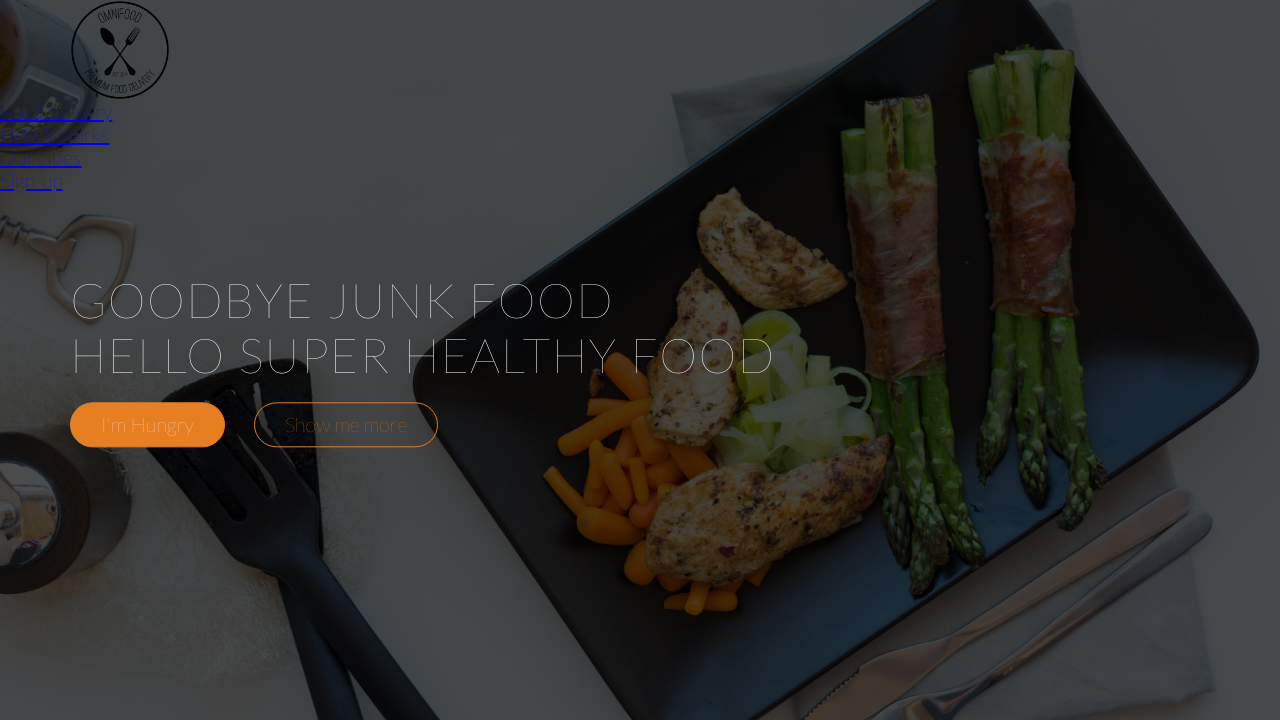
Repository: Priyanshubhartistm/FOODS-PROJECT
Page: index.html
An editor plug-in stored every save of this project. The page is shown before and after a run of saves, followed by the edit.
The browser window is 1280 px wide. The pictures show the whole page.

Above is the page before, as saved 2023-02-15 15:58:09.

### index.html
<!DOCTYPE html>
<html>

<head>
    <title>My food project</title>
    <!-- Linking Normalize CSS file to html document to makes browsers render all elements more consistently and in line with modern standards. -->
    <link rel="stylesheet" href="vendors/css/normalize.css">
    <link rel="stylesheet" href="vendors/css/grid.css">
    <!-- Linking Google Fonts here -->
    <link rel="preconnect" href="https://fonts.googleapis.com">
    <link rel="preconnect" href="https://fonts.gstatic.com" crossorigin>
    <link href="https://fonts.googleapis.com/css2?family=Lato:wght@100;700&display=swap" rel="stylesheet">
    <!-- Linking Style sheet to html document -->
    <link rel="stylesheet" href="resources/css/style.css">

</head>

<body>
    <header>

        <nav>
            <div class="row">
                <img class="logo" src="resources/img/logo.png" alt="log-img">
            </div>
            <ul class="main-nav">
                <li><a href="#">Food delivery</a></li>
                <li><a href="#">How it works</a></li>
                <li><a href="#">Our cities</a></li>
                <li><a href="#">Sign-up</a></li>

            </ul>
        </nav>

        <div class="hero-text-box">
            <h1>Goodbye Junk food <br> Hello super healthy food</h1>
            <a class="btn btn-full" href="#">I'm Hungry</a>
            <a class="btn btn-ghost" href="#">Show me more</a>
        </div>
    </header>

</body>

</html>

### resources/css/style.css
* {
    margin: 0;
    padding: 0;
    box-sizing: border-box;
}

html {
    background-color: #ffffff;
    color: #555;
    font-family: 'Lato', sans-serif;
    font-weight: 300;
    font-size: 20px;
    text-rendering: optimizeLegibility;
}

.row {
    max-width: 1140px;
    margin: 0 auto;

}

header {
    background-image: linear-gradient(rgba(0, 0, 0, 0.7), rgba(0, 0, 0, 0.7)), url('img/hero.jpg');
    height: 100vh;
    background-size: cover;
    background-position: center;
}

h1 {
    margin-top: 0px;
    margin-bottom: 20px;
    color: white;
    font-size: 240%;
    font-weight: 300;
    text-transform: uppercase;
    letter-spacing: 1px;
    word-spacing: 3px;
}

.hero-text-box {
    position: absolute;
    width: 1140px;
    top: 50%;
    left: 50%;
    transform: translate(-50%, -50%);
}

.btn:link,
.btn:visited {
    display: inline-block;
    padding: 10px 30px;
    text-decoration: none;
    font-weight: 300;
    border-radius: 200px;
    transition: background-color 0.2s, border 0.2s, color 0.2s;

}

.btn-full:link,
.btn-full:visited {
    background-color: #e67e22;
    color: #fff;
    border: 1px solid #e67e22;
    margin-right: 25px;
}

.btn-ghost:visited,
.btn-ghost:link {
    border: 1px solid #e67e22;
    color: #e67e22;
}

.btn:hover,
.btn:active {
    background-color: #cf6d17;
}

.btn-ghost:hover,
.btn-ghost:active {
    border: 1px solid #cf6d17;
    color: #fff;

}

.btn-full:hover,
.btn-full:active {
    border: 1px solid #cf6d17;
}

.logo{
    height: 100px;
    width: auto;
    float: left;
    maa
}

Loaded but not shown: vendors/css/normalize.css (library); vendors/css/grid.css (library)

After the next 4 saves:
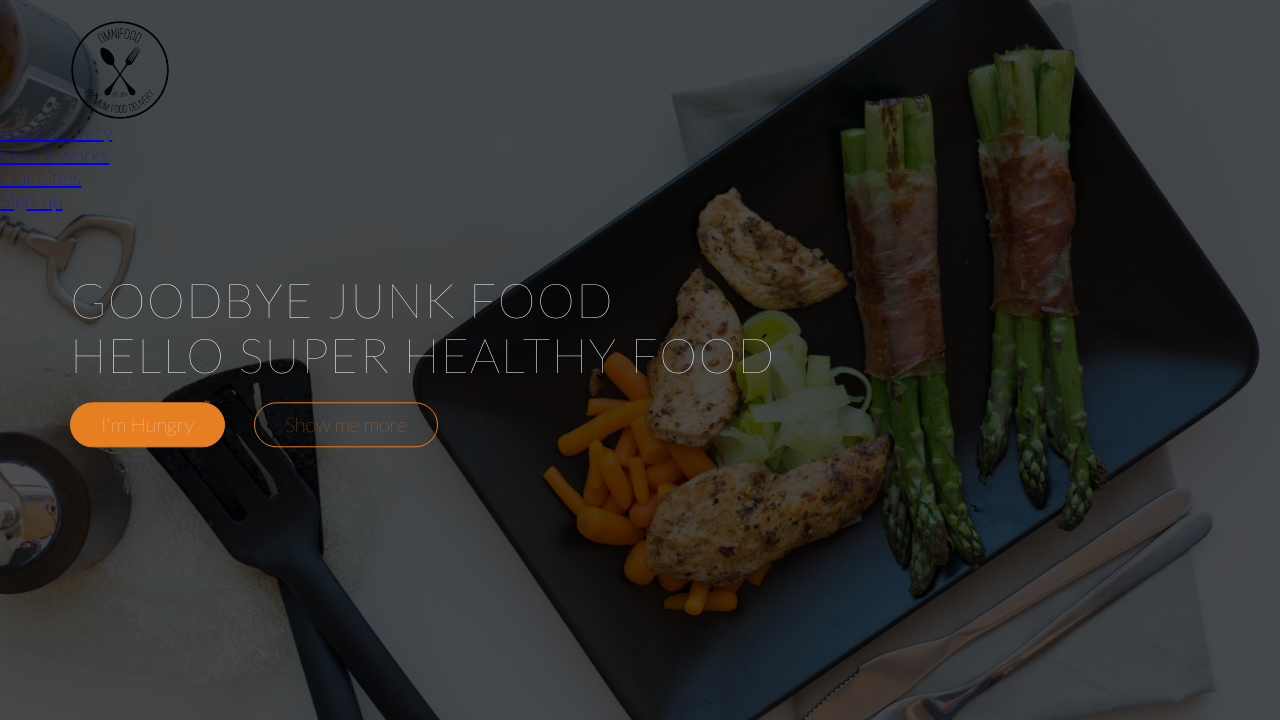
The 4 saves are shown as one change because they came seconds apart.
The last was saved 22 s later.
--- a/resources/css/style.css
+++ b/resources/css/style.css
@@ -91,5 +91,5 @@ h1 {
     height: 100px;
     width: auto;
     float: left;
-    maa
+    margin-top: 20px;
 }
